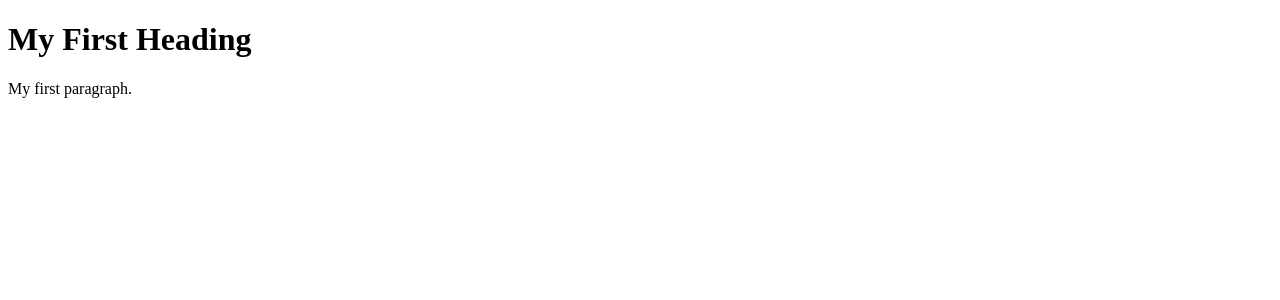
Repository: GunnarStone/GunnarStone.github.io
Page: index.html
The author's editor kept a record of every edit. The page is drawn from the files as they stood at one moment, then again after the next edit.
The browser window is 1280 px wide. The pictures show the whole page.

Above is the page before.

After the next edit:
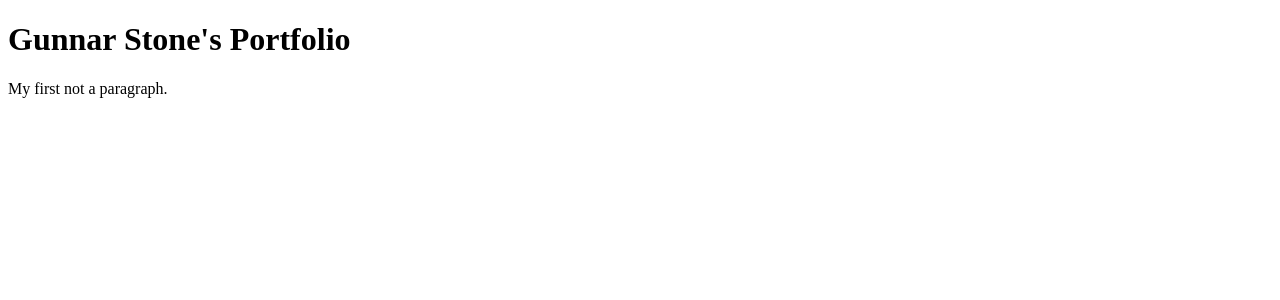
The edit:
--- a/index.html
+++ b/index.html
@@ -8,8 +8,8 @@
     </head>
     <body>
 
-    <h1>My First Heading</h1>
-    <p>My first paragraph.</p>
+    <h1>Gunnar Stone's Portfolio</h1>
+    <p>My first not a paragraph.</p>
 
     </body>
 </html>
